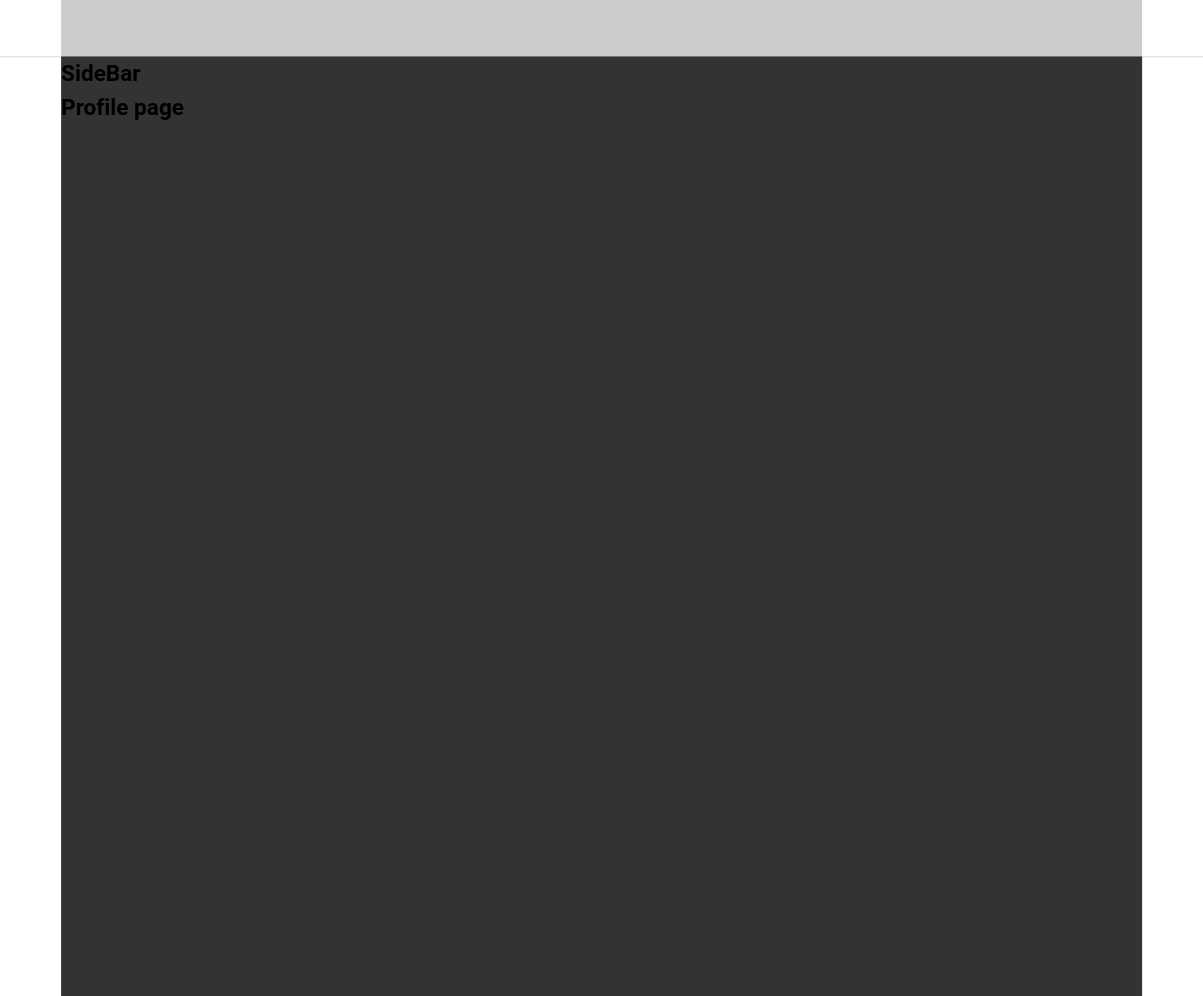
Repository: ynguyen1512/tiktok-ui
Page: /profile
The author's editor kept a copy of each file at every save. The page is drawn from the files as they stood at one save, then again after the next save.
The browser window is 1280 px wide. The pictures show the whole page, at 94% of full size.
The project was rebuilt for these pictures with package versions that can differ from the ones it lists, and the page was loaded fresh each time. Also part of the build but not shown: src/pages/Home/index.js, src/pages/Following/index.js, src/pages/Upload/index.js, src/pages/Search/index.js. Imported but missing from the stored project, and not drawn on this page: src/components/Layout/HeaderOnly.

Above is the page before, as saved 2023-07-29 10:55:48.

### src/App.js
import { BrowserRouter as Router, Routes, Route } from 'react-router-dom';
import { publicRoutes } from '~/routes';
import { DefaultLayout } from '~/components/Layout';
import { Fragment } from 'react';

function App() {
    return (
        <Router>
            <div className="App">
                <Routes>
                    {publicRoutes.map((route, index) => {
                        const Page = route.component;

                        let Layout = DefaultLayout;
                        if (route.layout) {
                            Layout = route.layout;
                        } else if (route.layout === null) {
                            Layout = Fragment;
                        }

                        return (
                            <Route
                                key={index}
                                path={route.path}
                                element={
                                    <Layout>
                                        <Page />
                                    </Layout>
                                }
                            />
                        );
                    })}
                </Routes>
            </div>
        </Router>
    );
}

export default App;

### src/components/GlobalStyles/index.js
import './GlobalStyles.scss';

function GlobalStyles({ children }) {
    return children;
}

export default GlobalStyles;

### src/routes/index.js
// Layout
import { HeaderOnly } from '~/components/Layout';

import Home from '~/pages/Home';
import Following from '~/pages/Following';
import Profile from '~/pages/Profile';
import Upload from '~/pages/Upload';
import Search from '~/pages/Search';

// Without Login to use this route
const publicRoutes = [
    { path: '/', component: Home },
    { path: '/following', component: Following },
    { path: '/profile', component: Profile },
    { path: '/upload', component: Upload, layout: HeaderOnly },
    { path: '/search', component: Search, layout: null },
];

// Have to login to use this route
const privateRoutes = [];

export { publicRoutes, privateRoutes };

### src/components/Layout/index.js
export { default as DefaultLayout } from './DefaultLayout';
export { default as HeaderOnly } from './HeaderOnly';

### src/components/GlobalStyles/GlobalStyles.scss
@import 'normalize.css';
@import url('https://fonts.googleapis.com/css2?family=Great+Vibes&family=Lobster&family=Montserrat:wght@300;400;500;600;700&family=Open+Sans:wght@300;400;500;600;700&display=swap');

:root {
    --primary: #fe2c55;
}

* {
    margin: 0;
    padding: 0;
    box-sizing: border-box;
}

html {
    font-size: 62.5%;
}
body {
    font-family: 'Roboto', sans-serif;
    font-size: 1.6rem;
    line-height: 1.5;
    text-rendering: optimizeSpeed;
}

### src/pages/Profile/index.js
function Profile() {
    return <h2>Profile page</h2>;
}

export default Profile;

### src/components/Layout/DefaultLayout/index.js
import Header from '~/components/Layout/components/Header';
import SideBar from './SideBar/SideBar';
import styles from './DefaultLayout.module.scss';
import classNames from 'classnames/bind';

const cx = classNames.bind(styles);

function DefaultLayout({ children }) {
    return (
        <div className={cx('wrapper')}>
            <Header />
            <div className={cx('container')}>
                <SideBar />
                <div className={cx('content')}>{children}</div>
            </div>
        </div>
    );
}

export default DefaultLayout;

### src/components/Layout/components/Header/index.js
import styles from './Header.module.scss';
import classNames from 'classnames/bind';

const cx = classNames.bind(styles);

function Header() {
    return (
        <header className={cx('wrapper')}>
            <div className={cx('inner')}>
                {/* logo */}
                {/* search */}
            </div>
        </header>
    );
}

export default Header;

### src/components/Layout/DefaultLayout/SideBar/SideBar.js
function SideBar() {
    return <h2>SideBar</h2>;
}

export default SideBar;

### src/components/Layout/DefaultLayout/DefaultLayout.module.scss
.wrapper {
    display: flex;
    flex-direction: column;
    align-items: center;
}

.container {
    width: 1150px;
    min-height: 1000px;
    background-color: #333;
}

### src/components/Layout/components/Header/Header.module.scss
.wrapper {
    width: 100%;
    height: 60px;
    box-shadow: 0px 1px 1px rgb(0 0 0 / 12%);
    display: flex;
    justify-content: center;
}

.inner {
    height: 100%;
    width: 1150px;
    background-color: #ccc;
}

Loaded but not shown: public/index.html (common file); src/index.js (common file); src/reportWebVitals.js (common file)

After the next save:
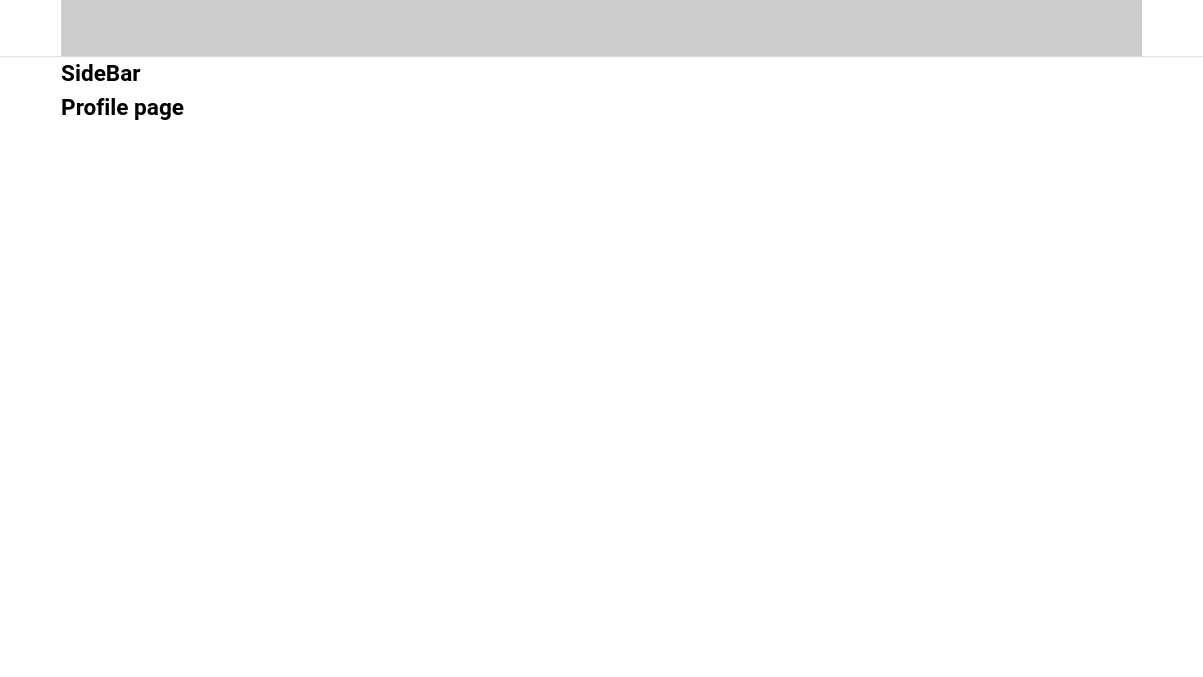
Saved 79 s later.
--- a/src/components/Layout/DefaultLayout/DefaultLayout.module.scss
+++ b/src/components/Layout/DefaultLayout/DefaultLayout.module.scss
@@ -6,6 +6,4 @@
 
 .container {
     width: 1150px;
-    min-height: 1000px;
-    background-color: #333;
 }
